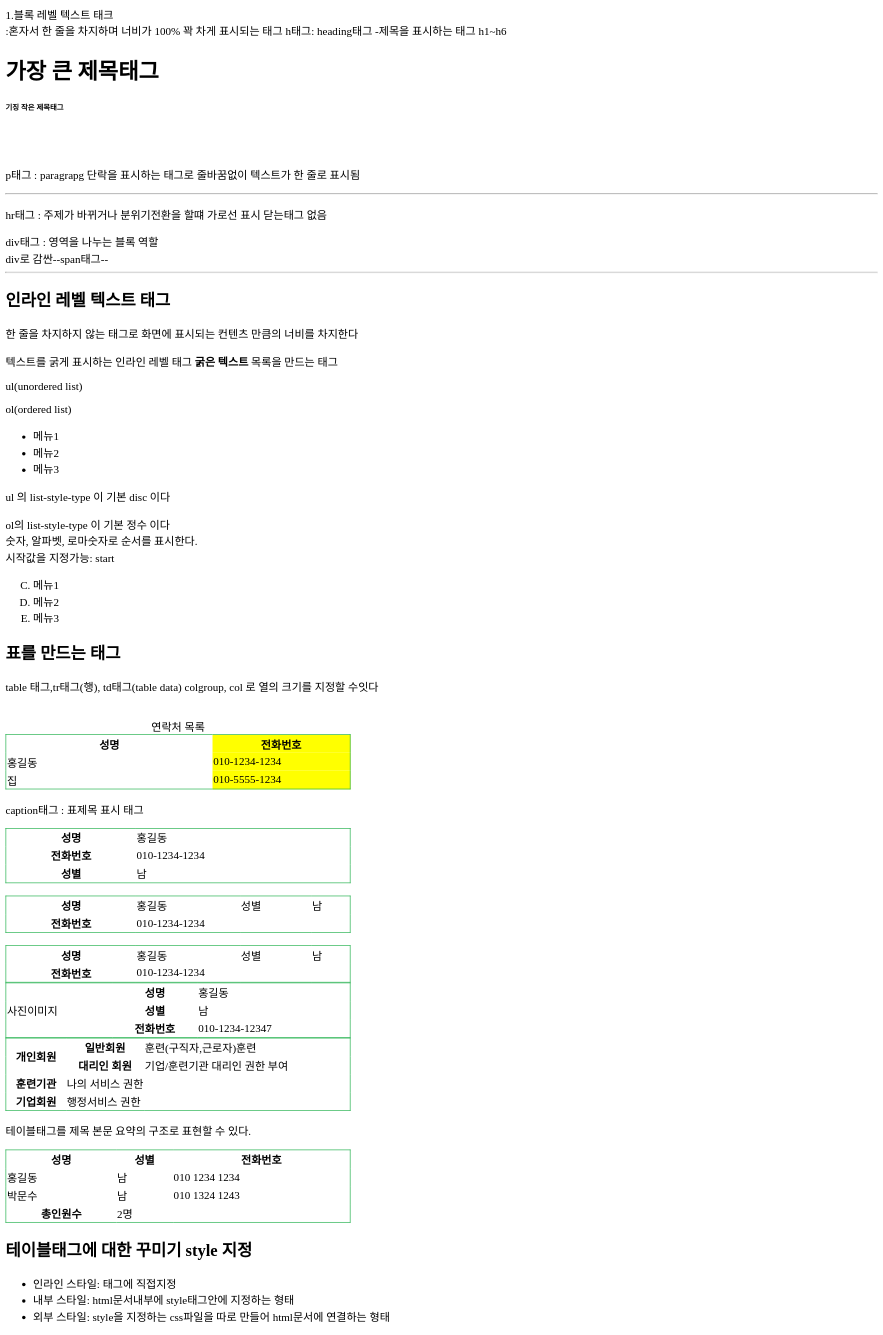
Repository: hana825/Web
Page: web/WebContent/index.html
These files come from the project's save history. The page is drawn as it stood at one moment and after the next save; the edit follows.
The browser window is 1280 px wide. The pictures show the whole page, at 69% of full size.

Above is the page before, as saved 2022-03-17 08:03:30.

### web/WebContent/index.html
<!DOCTYPE html>
<html>
<head>
<meta charset="UTF-8">
<title>Insert title here</title>

<style>
table{width:500px;
	  border-collapse: collapse;
	  border: 1px solid #29b352;
}
</style>
</head>

<body>
1.블록 레벨 텍스트 태크<br>
:혼자서 한 줄을 차지하며 너비가 100% 꽉 차게 표시되는 태그

h태그: heading태그 -제목을 표시하는 태그 h1~h6
<h1>가장 큰 제목태그</h1>
<h6>기징 작은 제목태그</h6>
<br><br>
<p>
p태그 : paragrapg 단락을 표시하는 태그로
줄바꿈없이 텍스트가 한 줄로 표시됨
</p>
<hr>

<p>
hr태그 : 주제가 바뀌거나 분위기전환을 할떄 가로선 표시
닫는태그 없음
</p>
<div>
div태그 : 영역을 나누는 블록 역할
</div>

<div> div로 감싼<span>--span태그--</span>
</div>


<hr>

<h2>인라인 레벨 텍스트 태그</h2>
<p> 한 줄을 차지하지 않는 태그로 화면에 표시되는 컨텐츠 만큼의 너비를 차지한다
</p>
<!-- 실행에서 제외하고자 하는 코드는 주석처리 -->
텍스트를 굵게 표시하는 인라인 레벨 태그
<strong>굵은 텍스트
</strong>
목록을 만드는 태그
<p>ul(unordered list)</p>
<p>ol(ordered list)</p>
<ul>
	<li>메뉴1</li>
	<li>메뉴2</li>
	<li>메뉴3</li>
</ul>
<p>ul 의 list-style-type 이 기본 disc 이다</p>
<p>ol의 list-style-type 이 기본 정수 이다<br>
   숫자, 알파벳, 로마숫자로 순서를 표시한다.<br>
   시작값을 지정가능: start<br>
</p>

<ol start='3' type="A">
	<li>메뉴1</li>
	<li>메뉴2</li>
	<li>메뉴3</li>
</ol>

<h2>표를 만드는 태그</h2>
<p>table 태그,tr태그(행), td태그(table data)
colgroup, col 로 열의 크기를 지정할 수잇다
</p><br>

<table >
	<colgroup>
		<col style='width:150px'>
		<col style='width:100px; background-color:yellow'>
	</colgroup>
	<caption>연락처 목록</caption>
	<tr><th>성명</th><th>전화번호</th></tr>
	<tr><td>홍길동</td><td>010-1234-1234</td></tr>
	<tr><td>집</td><td>010-5555-1234</td></tr>
</table>

<p> caption태그 : 표제목 표시 태그
</p>

<table  >
	<tr><th>성명</th>
		<td>홍길동</td>
	</tr>
		<tr><th>전화번호</th>
		<td>010-1234-1234</td>
	</tr>
		<tr><th>성별</th>
		<td>남</td>
	</tr>
</table>
<br>
<table  >
	<tr><th>성명</th>
		<td>홍길동</td>
		<td>성별</td>
		<td>남</td>
	</tr>
		<tr><th>전화번호</th>
		<td colspan='3'>010-1234-1234</td>

</table>
<br>

<table  >
	<tr><th>성명</th>
		<td>홍길동</td>
		<td>성별</td>
		<td>남</td>
	</tr>
		<tr><th>전화번호</th>
		<td colspan='3'>010-1234-1234</td>

</table>

<table  >
	<tr><td rowspan ='3'>사진이미지</td>
		<th>성명</th>
		<td>홍길동</td>
	</tr>
	<tr>
		<th>성별</th>
		<td>남</td>
	</tr>
		<tr>
		<th>전화번호</th>
		<td>010-1234-12347</td>
	</tr>

</table>

<table  >
	<tr><th rowspan ='2'>개인회원</th>
		<th>일반회원</th>
		<td>훈련(구직자,근로자)훈련</td>
	</tr>
	<tr>
		<th>대리인 회원</th>
		<td>기업/훈련기관 대리인 권한 부여</td>
	</tr>
	<tr>
		<th>훈련기관</th>
		<td colspan='2'>나의 서비스 권한</td>
	</tr>
	<tr>
		<th>기업회원</th>
		<td colspan='2'>행정서비스 권한</td>
	</tr>


</table>
<p>
테이블태그를 제목 본문 요약의 구조로 표현할 수 있다.
</p>
<table >
	<thead>
		<tr>
			<th>성명</th>
			<th>성별</th>
			<th>전화번호</th>
		</tr>
	</thead>
	<tbody>
		<tr>
			<td>홍길동</td>
			<td>남</td>
			<td>010 1234 1234</td>
		</tr>
		<tr>
			<td>박문수</td>
			<td>남</td>
			<td>010 1324 1243</td>
		</tr>
	</tbody>
	<tfoot>
		<tr>
			<th>총인원수</th>
			<td colspan='2'>2명</td>
		</tr>
	</tfoot>
</table>

<h2>테이블태그에 대한 꾸미기 style 지정</h2>
<ul>
	<li>인라인 스타일: 태그에 직접지정</li>
	<li>내부 스타일: html문서내부에 style태그안에 지정하는 형태</li>
	<li>외부 스타일: style을 지정하는 css파일을 따로 만들어 html문서에 연결하는 형태</li>
</ul>












</body>
</html>

After the next save:
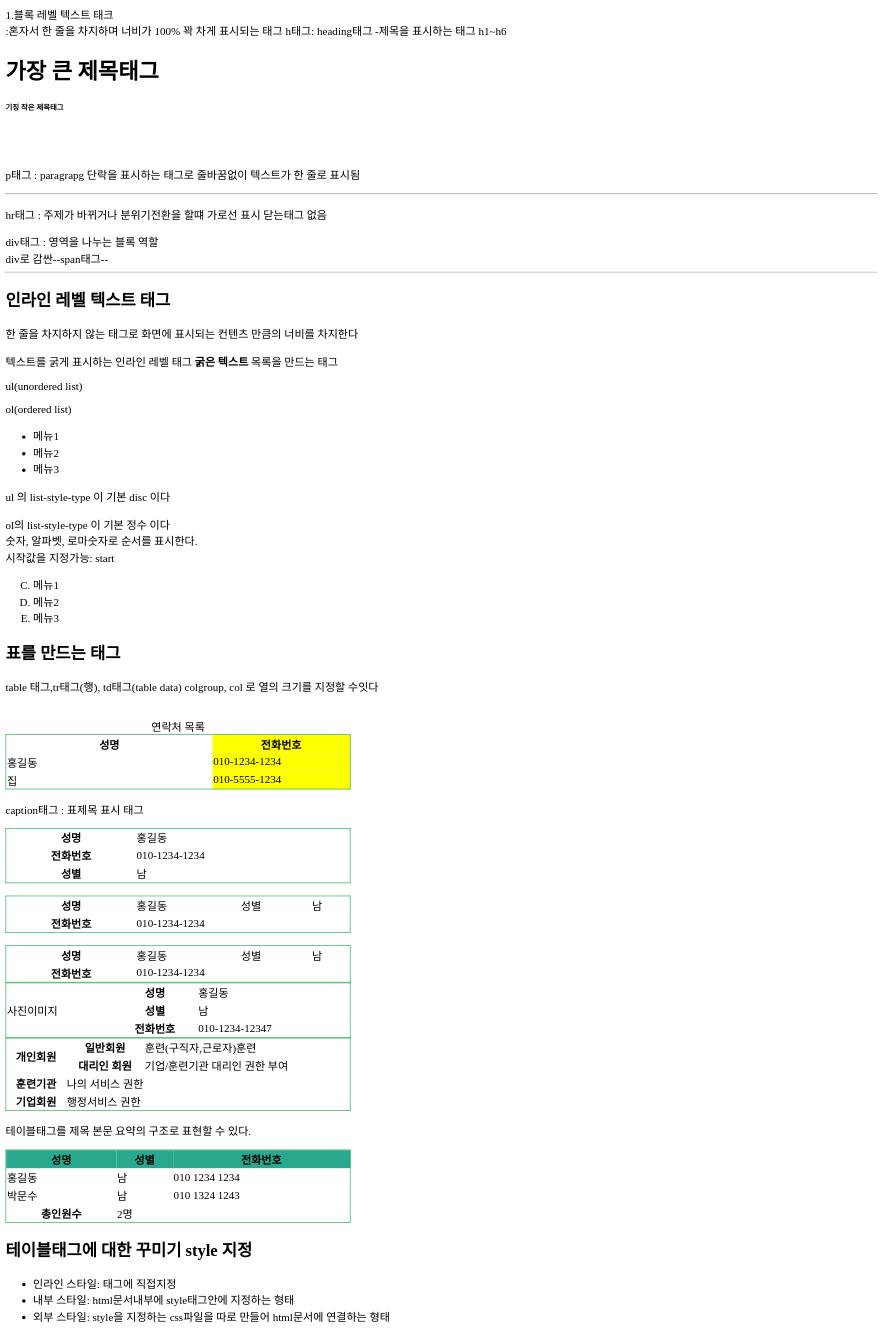
Saved 4 min 19 s later.
--- a/web/WebContent/index.html
+++ b/web/WebContent/index.html
@@ -9,6 +9,7 @@ table{width:500px;
 	  border-collapse: collapse;
 	  border: 1px solid #29b352;
 }
+thead {background-color : #2aa88d}
 </style>
 </head>
 
